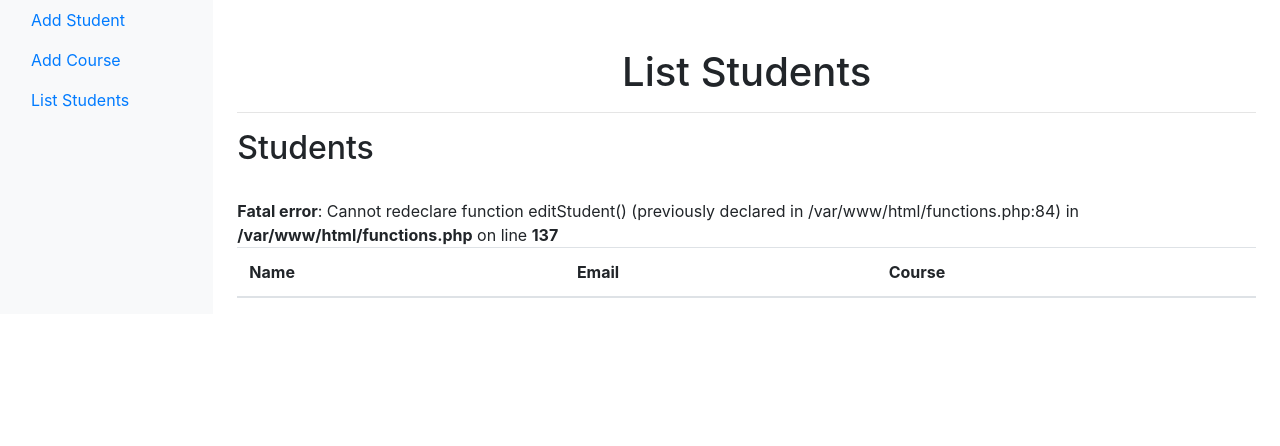
Repository: bigbodhiacademy/gBoard
Page: http://localhost/list_students.php
The author's editor kept a copy of each file at every save. The page is drawn from the files as they stood at one save, then again after the next save.
The browser window is 1280 px wide. The pictures show the whole page.
The page is run by PHP 8.4 with error messages shown; the project is at /var/www/html/. The database holds what the project's SQL file puts in it.

Above is the page before, as saved 2023-04-20 18:03:55.

After the next save:
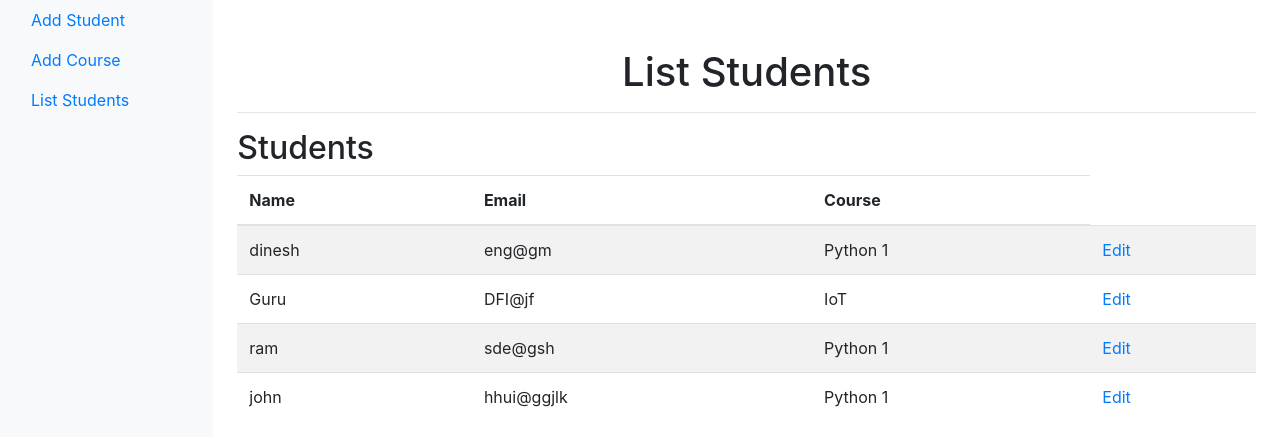
Saved 60 s later.
--- a/functions.php
+++ b/functions.php
@@ -134,14 +134,14 @@ function addStudent($name, $email, $course_id, $school_id) {
 }
 
 
-function editStudent($id, $name, $email, $course_id) {
+/*function editStudent($id, $name, $email, $course_id) {
   global $conn;
 
   $stmt = $conn->prepare("UPDATE students SET name = ?, email = ?, course_id = ? WHERE id = ?");
   $stmt->bind_param("ssii", $name, $email, $course_id, $id);
 
   return $stmt->execute();
-}
+}*/
 
 function deleteStudent($id) {
   global $conn;
